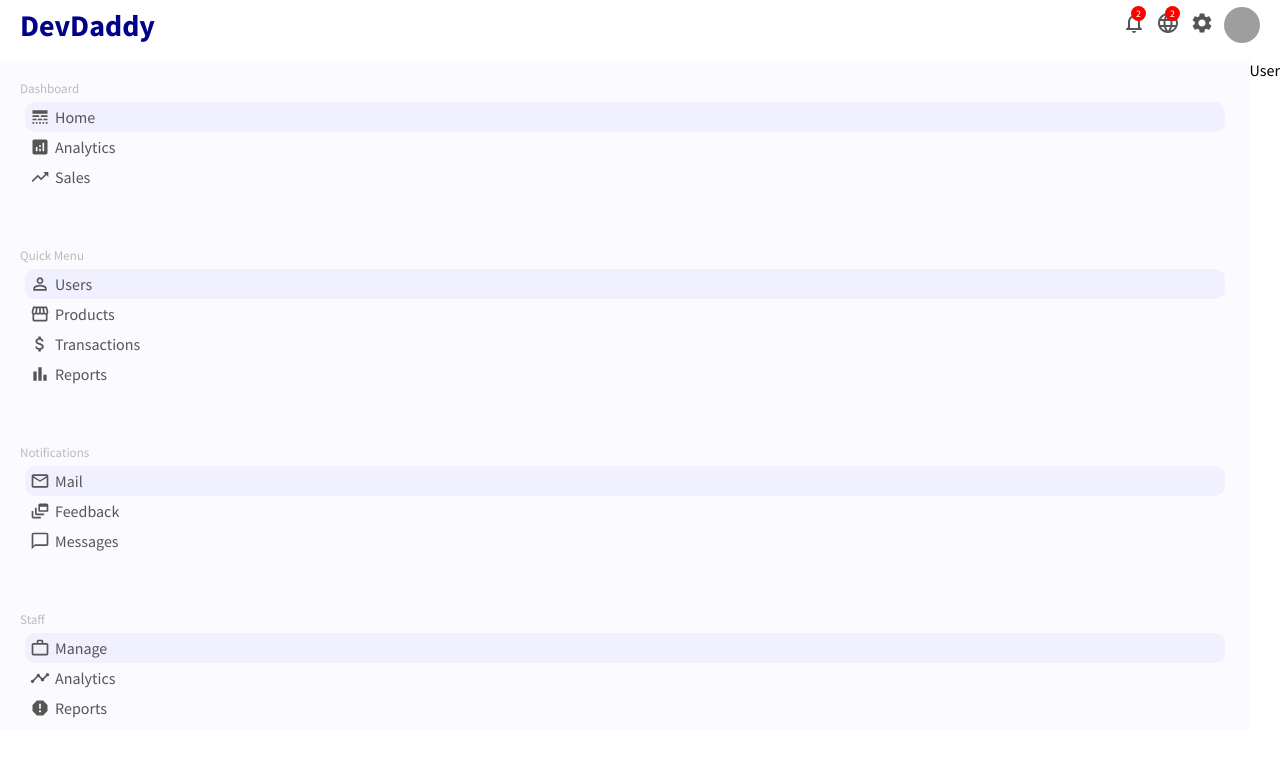
Repository: Marhamat92/react-admin-dashboard
Page: /user/1
An editor plug-in stored every save of this project. The page is shown before and after the next save, followed by the edit.
The browser window is 1280 px wide. The pictures show the whole page.
Pictures or frames that could not be fetched are drawn as grey boxes. The project was rebuilt for these pictures with package versions that can differ from the ones it lists, and the page was loaded fresh each time. Also part of the build but not shown: src/pages/home/home.scss, src/components/featuredInfo/featuredInfo.scss, src/components/featuredInfo/FeaturedInfo.js, src/components/chart/chart.scss, src/components/chart/Chart.js, src/data/userData.js, src/components/widgetSm/widgetSm.scss, src/components/widgetSm/WidgetSm.js and 6 more.

Above is the page before, as saved 2023-02-10 23:15:07.

### public/index.html
<!DOCTYPE html>
<html lang="en">

<head>
  <meta charset="utf-8" />
  <link rel="icon" href="%PUBLIC_URL%/favicon.ico" />
  <meta name="viewport" content="width=device-width, initial-scale=1" />
  <meta name="theme-color" content="#000000" />
  <meta name="description" content="Web site created using create-react-app" />
  <link rel="apple-touch-icon" href="%PUBLIC_URL%/logo192.png" />
  <link rel="preconnect" href="https://fonts.googleapis.com">
  <link rel="preconnect" href="https://fonts.gstatic.com" crossorigin>
  <link href="https://fonts.googleapis.com/css2?family=Source+Sans+Pro:wght@200;300;400;600;700;900&display=swap"
    rel="stylesheet">
  <!--
      manifest.json provides metadata used when your web app is installed on a
      user's mobile device or desktop. See https://developers.google.com/web/fundamentals/web-app-manifest/
    -->
  <link rel="manifest" href="%PUBLIC_URL%/manifest.json" />
  <!--
      Notice the use of %PUBLIC_URL% in the tags above.
      It will be replaced with the URL of the `public` folder during the build.
      Only files inside the `public` folder can be referenced from the HTML.

      Unlike "/favicon.ico" or "favicon.ico", "%PUBLIC_URL%/favicon.ico" will
      work correctly both with client-side routing and a non-root public URL.
      Learn how to configure a non-root public URL by running `npm run build`.
    -->
  <style>
    * {
      font-family: 'Source Sans Pro', sans-serif;
      margin: 0;

    }
  </style>
  <title>DevDaddy Admin Dashboard</title>
</head>

<body>
  <noscript>You need to enable JavaScript to run this app.</noscript>
  <div id="root"></div>
  <!--
      This HTML file is a template.
      If you open it directly in the browser, you will see an empty page.

      You can add webfonts, meta tags, or analytics to this file.
      The build step will place the bundled scripts into the <body> tag.

      To begin the development, run `npm start` or `yarn start`.
      To create a production bundle, use `npm run build` or `yarn build`.
    -->
</body>

</html>

### src/index.js
import React from 'react';
import ReactDOM from 'react-dom/client';
import App from './App';
import { BrowserRouter } from "react-router-dom";


const root = ReactDOM.createRoot(document.getElementById('root'));
root.render(
  <BrowserRouter>
    <App />
  </BrowserRouter>

);

### src/App.js
import Topbar from "./components/Topbar/Topbar";
import Sidebar from "./components/sidebar/Sidebar";
import "./app.scss";
import Home from "./pages/home/Home";
import {
  Routes,
  Route,
  Link,
} from "react-router-dom";
import UserList from "./pages/userList/UserList";
import User from "./pages/user/User";


function App() {
  return (
    <>
      <Topbar />
      <div className="container">
        <Sidebar />
        <Routes>
          <Route path="/" element={<Home />} />
          <Route path="/users" element={<UserList />} />
          <Route path="/user/:userId" element={<User />} />
        </Routes>
      </div>
    </>

  );
}

export default App;

### src/components/Topbar/Topbar.jsx
import React from 'react'
import "./topbar.scss"
import { Language, NotificationsNone, Settings } from '@mui/icons-material'

function Topbar() {
  return (
    <div className="topbar" >
       <div className='topbarWrapper' >
          <div className='topLeft' >
            <span className='logo'>DevDaddy</span>
          </div>
          <div className='topRight' >
             <div className='topbarIconContainer' >
               <NotificationsNone/>
                <span className='topIconBadge'>2</span>
             </div>
             <div className='topbarIconContainer' >
               <Language/>
                <span className='topIconBadge'>2</span>
             </div>
             <div className='topbarIconContainer' >
               <Settings/>
             </div>
             <img className='topAvatar' src='https://i.pinimg.com/originals/99/ee/d8/99eed8642bbb66a71d0f1677d18a2587.jpg' alt="jack sheperd" />
          </div>
       </div>
    </div>
  )
}

export default Topbar

### src/components/sidebar/Sidebar.js
import React from 'react'
import './sidebar.scss'
import { Analytics, AttachMoney, ChatBubbleOutline, DynamicFeed, LineStyle, MailOutline, PermIdentity, Report, Storefront, Timeline, TrendingUp, WorkOutline, BarChart } from '@mui/icons-material'



function Sidebar() {
  return (
    <div className='sidebar'>
      <div className='sidebarWrapper'>
        <div className='sidebarMenu' >
          <div className='sidebarTitle'>
            Dashboard
          </div>
          <ul className='sidebarList'>
            <li className='sidebarListItem active'>
              <LineStyle className='sidebarIcon' />
              Home
            </li>
            <li className='sidebarListItem'>
              <Analytics className='sidebarIcon' />
              Analytics
            </li>
            <li className='sidebarListItem'>
              <TrendingUp className='sidebarIcon' />
              Sales
            </li>
          </ul>
        </div>
      </div>

      <div className='sidebarWrapper'>
        <div className='sidebarMenu' >
          <div className='sidebarTitle'>
            Quick Menu
          </div>
          <ul className='sidebarList'>
            <li className='sidebarListItem active'>
              <PermIdentity className='sidebarIcon' />
              Users
            </li>
            <li className='sidebarListItem'>
              <Storefront className='sidebarIcon' />
              Products
            </li>
            <li className='sidebarListItem'>
              <AttachMoney className='sidebarIcon' />
              Transactions
            </li>
            <li className='sidebarListItem'>
              <BarChart className='sidebarIcon' />
              Reports
            </li>
          </ul>
        </div>
      </div>

      <div className='sidebarWrapper'>
        <div className='sidebarMenu' >
          <div className='sidebarTitle'>
            Notifications
          </div>
          <ul className='sidebarList'>
            <li className='sidebarListItem active'>
              <MailOutline className="sidebarIcon" />
              Mail
            </li>
            <li className='sidebarListItem'>
              <DynamicFeed className="sidebarIcon" />
              Feedback
            </li>
            <li className='sidebarListItem'>
              <ChatBubbleOutline className="sidebarIcon" />
              Messages
            </li>
          </ul>
        </div>
      </div>

      <div className='sidebarWrapper'>
        <div className='sidebarMenu' >
          <div className='sidebarTitle'>
            Staff
          </div>
          <ul className='sidebarList'>
            <li className='sidebarListItem active'>
              <WorkOutline className="sidebarIcon" />
              Manage
            </li>
            <li className='sidebarListItem'>
              <Timeline className="sidebarIcon" />
              Analytics
            </li>
            <li className='sidebarListItem'>
              <Report className="sidebarIcon" />
              Reports
            </li>
          </ul>
        </div>
      </div>
    </div>
  )
}

export default Sidebar

### src/app.scss
.container {
  display:flex;
  margin-top: 10px;
}

### src/pages/user/User.js
import React from 'react'


function User() {
  return (
    <div className='user' >User</div>
  )
}

export default User

### src/components/Topbar/topbar.scss
.topbar{
  width:100%;
  height: 50px;
  background-color: white;
  position: sticky;
  top:0;
  z-index: 999;
}

.topbarWrapper{
  height: 100%;
  padding: 0px 20px;
  display: flex;
  align-items: center;
  justify-content: space-between;
}

.logo{
  font-weight:bold;
  font-size: 30px;
  color:darkblue;
  cursor: pointer;
}

.topRight{
  display:flex;
  align-items: center;
}

.topbarIconContainer{
  position:relative;
  cursor: pointer;
  margin-right:10px;
  color:#555;
}

.topIconBadge{
  width: 15px;
  height: 15px;
  display: flex;
  align-items: center;
  justify-content: center;
  position:absolute;
  top:-5px;
  right:0px;
  background-color: red;
  color:white;
  border-radius: 50%;
  font-size: 10px;
}

.topAvatar{
  width: 36px;
  height: 36px;
  border-radius: 50%;
  object-fit: cover;
  cursor: pointer;
}

### src/components/sidebar/sidebar.scss
.sidebar{
  flex:1;
  height:calc(100vh - 50px);
  background-color: rgb(251,251,255);
  position: sticky;
  top: 50px;
  align-self: flex-start;

}

.sidebarWrapper{
  padding: 20px;
  color:#555;
}

.sidebarMenu{
  margin-bottom:10px;
}

.sidebarTitle{
  font-size: 13px;
  color:rgb(187,186,186);
}

.sidebarList{
  list-style: none;
  padding:5px;
}

.sidebarListItem{
  padding:5px;
  cursor:pointer;
  display:flex;
  align-items:center;
  border-radius: 10px;
}

.sidebarListItem.active,
.sidebarListItem:hover{
  background-color: rgb(240,240,255);
}

.sidebarIcon{
  margin-right: 5px;
  font-size: 20px !important;
}

### src/pages/user/user.scss
.user{
  flex:4
}

After the next save:
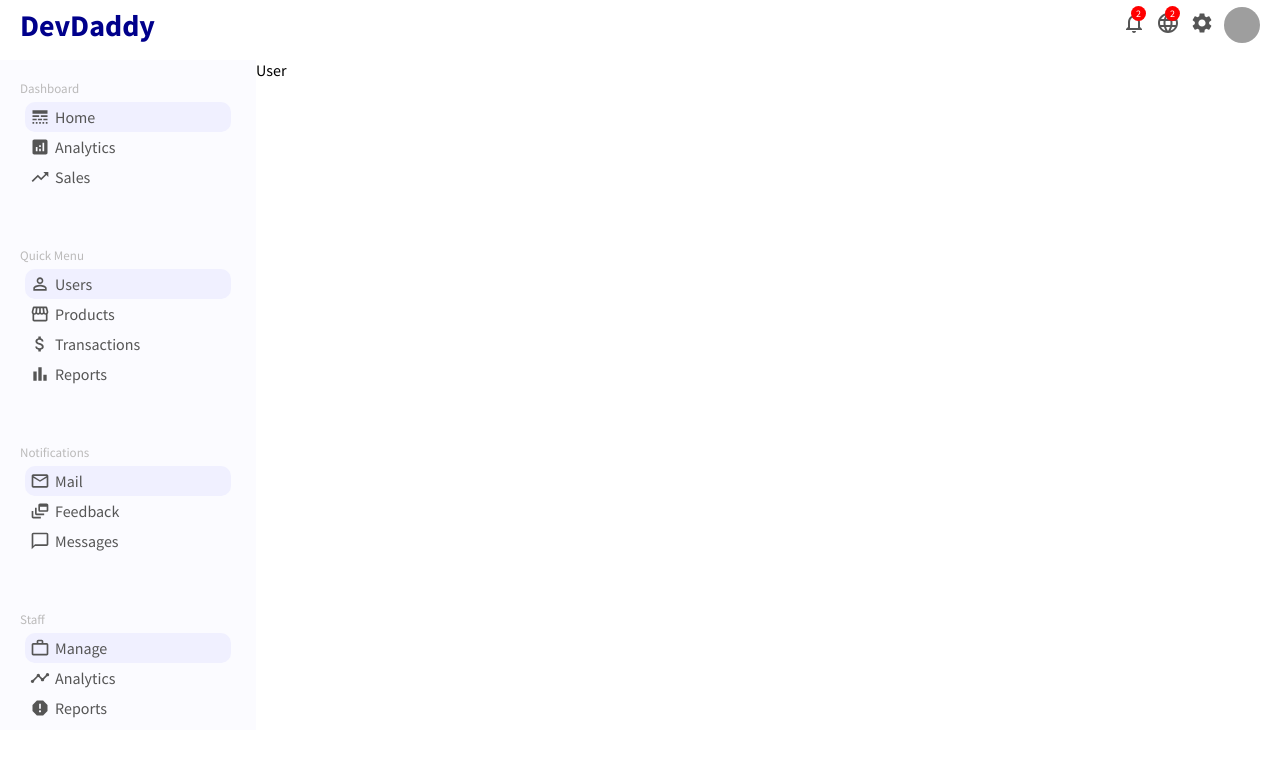
Saved 21 s later.
--- a/src/pages/user/User.js
+++ b/src/pages/user/User.js
@@ -1,4 +1,5 @@
 import React from 'react'
+import './user.scss'
 
 
 function User() {
